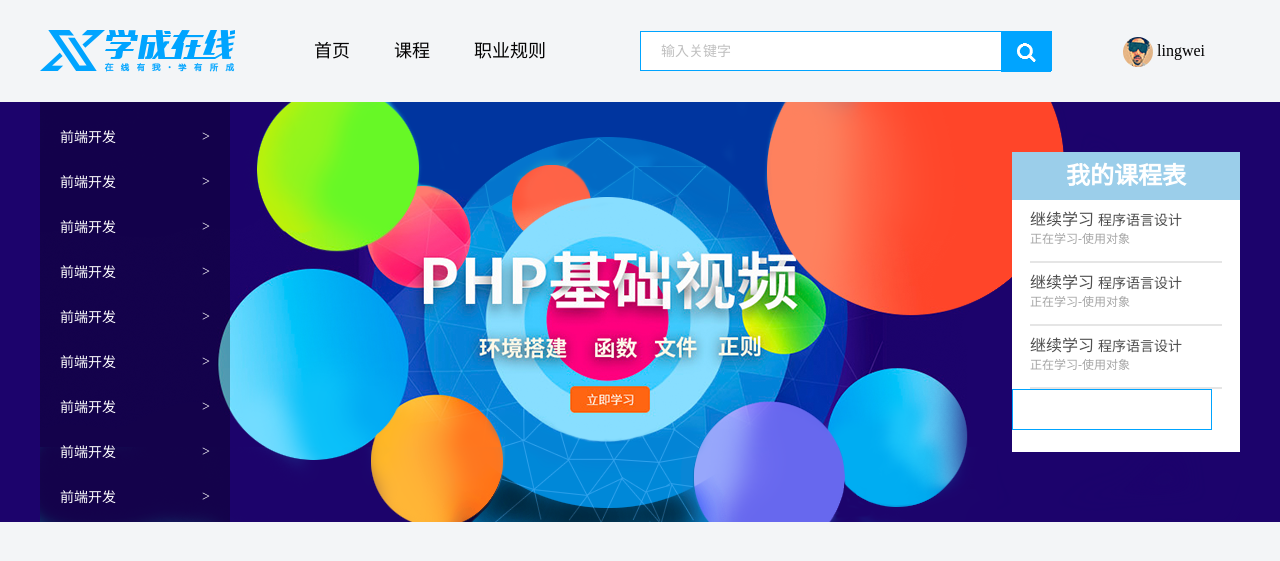
Repository: DengBiHua/xcdx
Page: index.html
An editor plug-in stored every save of this project. The page is shown before and after the next save, followed by the edit.
The browser window is 1280 px wide. The pictures show the whole page.

Above is the page before, as saved 2022-04-14 17:43:19.

After the next save:
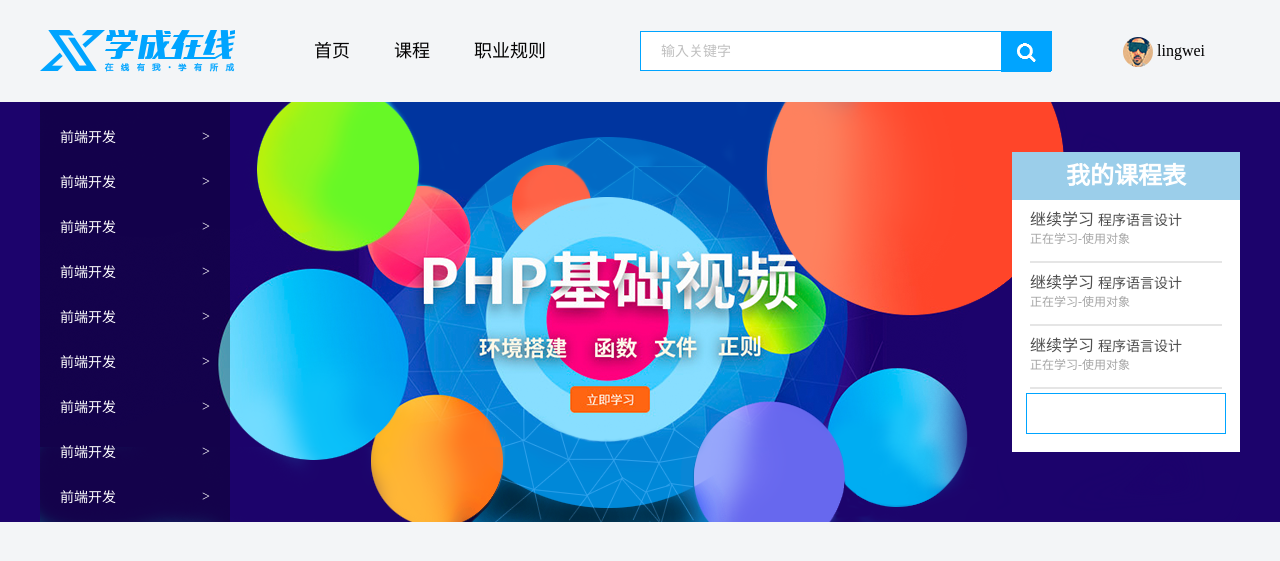
Saved 79 s later.
--- a/css/index.css
+++ b/css/index.css
@@ -201,6 +201,7 @@
 
 .banner .right .all {
     display: block;
+    margin: 4px auto 0;
     width: 200px;
     height: 41px;
     border: 1px solid #00a4ff;
